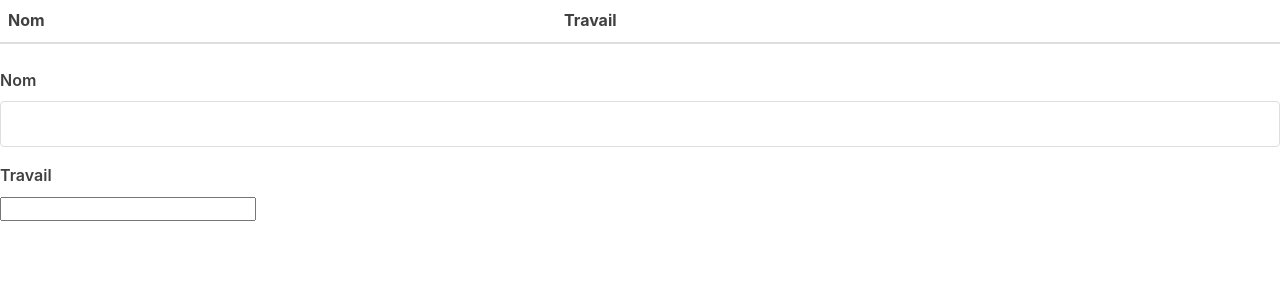
Repository: romgrm/firstAppInReact
Page: /
An editor plug-in stored every save of this project. The page is shown before and after the next save, followed by the edit.
The browser window is 1280 px wide. The pictures show the whole page.
The project was rebuilt for these pictures with package versions that can differ from the ones it lists, and the page was loaded fresh each time.

Above is the page before, as saved 2020-11-15 19:37:49.

After the next save:
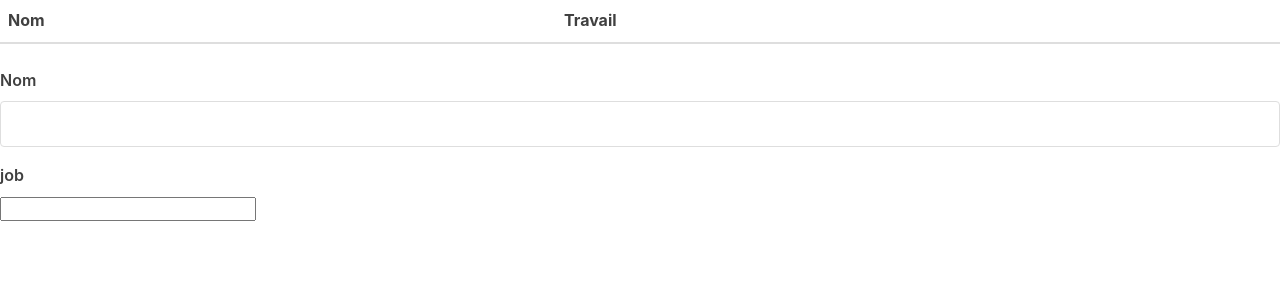
Saved 119 s later.
--- a/src/Form.js
+++ b/src/Form.js
@@ -23,7 +23,7 @@ class Form extends Component {
 
     // on return un formulaire avec les données du dessus (handle change, nom, travail... )
     render() {
-        const { nom, travail } = this.state;
+        const { nom, job } = this.state;
 
         return (
           <form>
@@ -34,12 +34,12 @@ class Form extends Component {
               id="nom"
               value={nom}
               onChange={this.handleChange} />  {/** on opère un changement d'état au clic avec la fonction "handleChange"  */}
-            <label htmlFor="travail">Travail</label>
+            <label htmlFor="job">job</label>
             <input
-              type="travail"
-              name="travail"
-              id="travail"
-              value={travail}
+              type="job"
+              name="job"
+              id="job"
+              value={job}
               onChange={this.handleChange} /> {/** on opère un changement d'état au clic avec la fonction "handleChange"  */}
           </form>
         );
